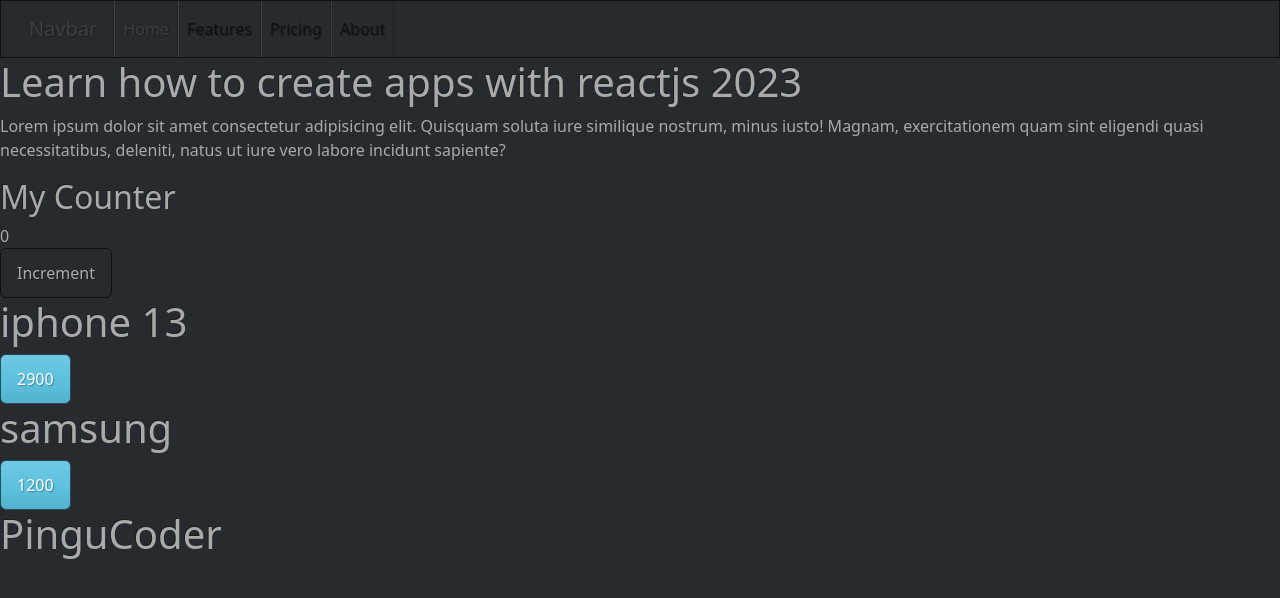
Repository: chanwarichawki/React-BC
Page: /
These files come from the project's save history. The page is drawn as it stood at one moment and after the next save; the edit follows.
The browser window is 1280 px wide. The pictures show the whole page.
Some web libraries are served in a nearby version. The project was rebuilt for these pictures with package versions that can differ from the ones it lists, and the page was loaded fresh each time. Also part of the build but not shown: vite.config.js.

Above is the page before, as saved 2024-01-15 18:59:39.

After the next save:
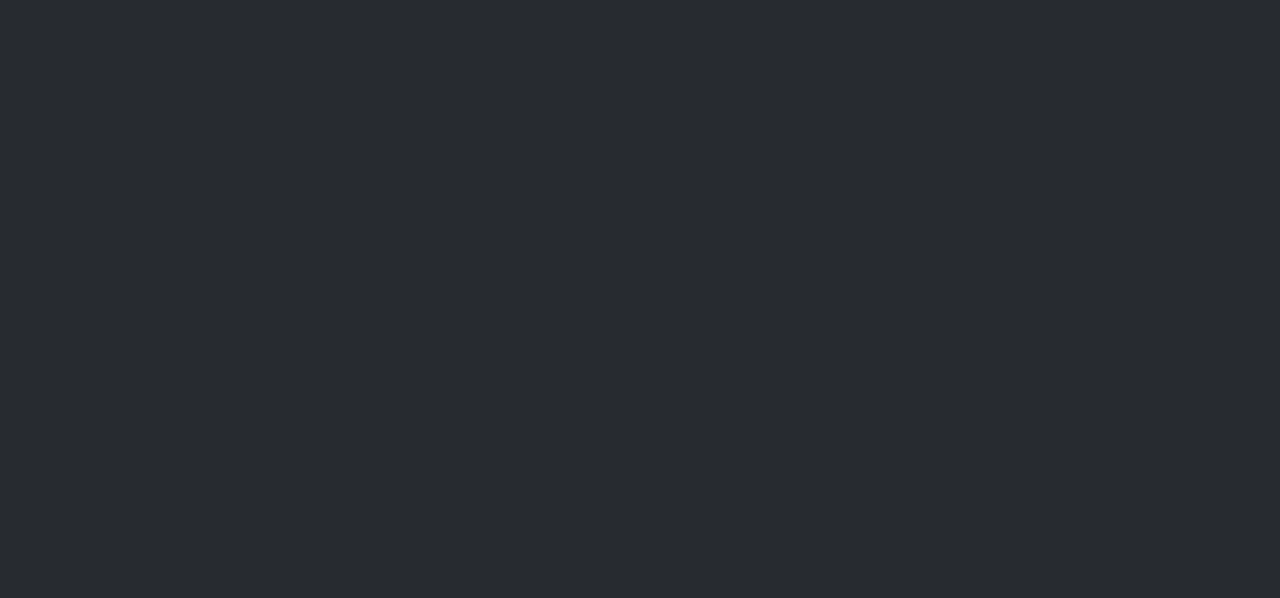
Console error: ReferenceError: label is not defined
Saved 43 s later.
--- a/src/components/Product.jsx
+++ b/src/components/Product.jsx
@@ -1,6 +1,6 @@
 
 const Product = ({data}) => {
-  let {label, price} = data;
+  // let {label, price} = data;
 
   return (
     <>

After the 3 saves that followed:
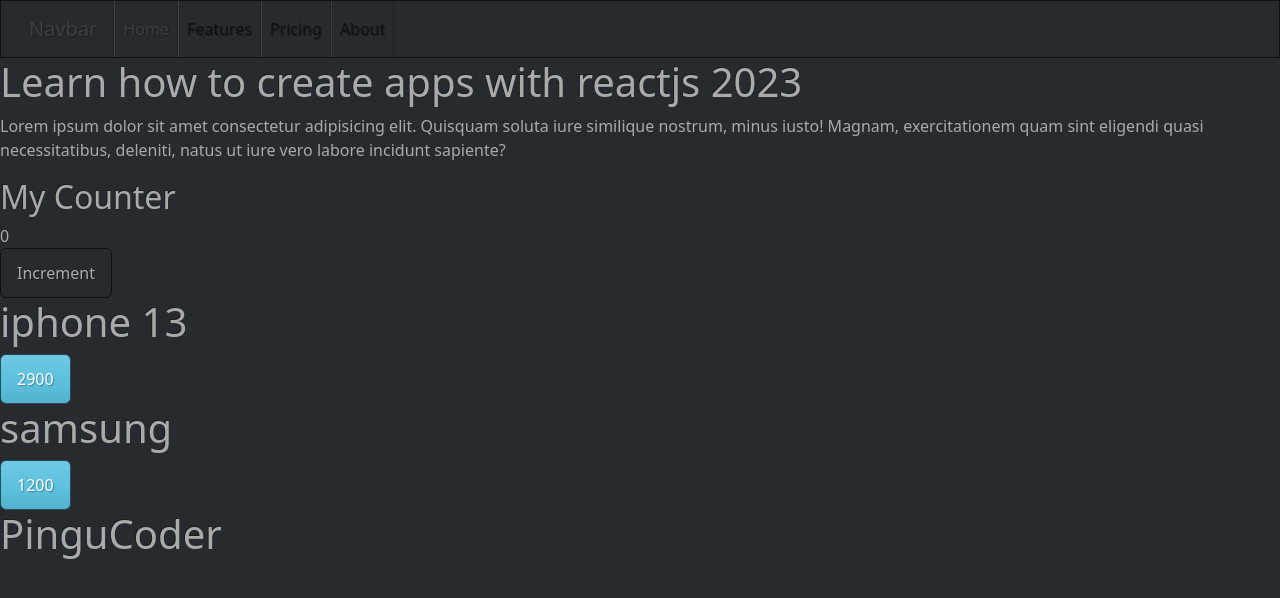
The error is gone.
The 3 saves are shown as one change because 1 left the picture as it was and some came seconds apart.
The last was saved 13 s later.
--- a/src/components/Product.jsx
+++ b/src/components/Product.jsx
@@ -1,5 +1,5 @@
 
-const Product = ({data}) => {
+const Product = ({data: {label,price}}) => {
   // let {label, price} = data;
 
   return (
